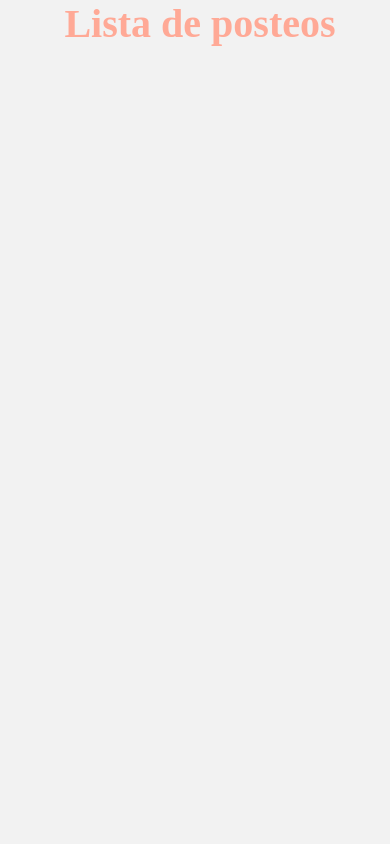
Repository: larafernandezo/finalprog3
Screen: /Home
An editor plug-in stored every save of this project. The screen is shown before and after the next save, followed by the edit.
The page's requests for data from a server got no answer. The app was drawn by React Native's web renderer in a window 390 px wide. The project was rebuilt for these pictures with package versions that can differ from the ones it lists, and the page was loaded fresh each time. No one was signed in, and anything a server would have sent is missing. Also part of the build but not shown: src/components/Camera.js, src/screens/Registro.js, src/components/Post.js, src/screens/MiPerfil.js, src/screens/NuevoPost.js, src/components/Menu.js, src/screens/Perfil.js.

Above is the screen before, as saved 2022-11-22 11:39:56.

### App.js
import { StyleSheet, View } from 'react-native';
import { NavigationContainer } from '@react-navigation/native';
import { createNativeStackNavigator } from '@react-navigation/native-stack';
import Registro from './src/screens/Registro';
import Login from './src/screens/Login';
import Home from './src/screens/Home';
import Menu from './src/components/Menu';
import Perfil from './src/screens/Perfil';


const Stack = createNativeStackNavigator();


function App() {
  return (
    <NavigationContainer>
      <Stack.Navigator>
        <Stack.Screen name='Login' component={Login} options= {{ headerShown : false}}/>
        <Stack.Screen name='Registro' component={Registro} options= {{ headerShown : false}}/>
        <Stack.Screen name='Home' component={Home} options= {{ headerShown : false}}/>
        <Stack.Screen name='Menu' component={Menu} options= {{ headerShown : false}}/>
      </Stack.Navigator>
    </NavigationContainer>
  );
};

export default App;

### src/screens/Login.js
import React, {Component} from 'react';
import {auth} from '../firebase/config';
import {View, Text, StyleSheet, TextInput, TouchableOpacity, Image} from 'react-native';

class Login extends Component {
    constructor(){
        super()
        this.state = {
            email: "",
            contraseña: "",
            error: ""
        }
    }

    componentDidMount(){
        auth.onAuthStateChanged(usuario => {
            if (usuario){
                this.props.navigation.navigate ("Menu")
            }
        })
    }

    iniciarUsuario(email, contraseña){
        auth.signInWithEmailAndPassword(email, contraseña)
            .then( res => {
                this.props.navigation.navigate("Menu")
            })
            .catch(error =>
                this.setState({
                error: error.message
            })
            )
    }

    render(){
        return(
            <View style={styles.fondo}>

            <Text style={styles.error}>{this.state.error}</Text>


                <Text style={styles.titulo}>Iniciar Sesión</Text>

                <View style={styles.caja}>
                <Text style={styles.error}>{this.state.error}</Text>
                    <TextInput
                        placeholder= 'Cuenta de Email'
                        keyboardType= 'email-address'
                        onChangeText={ texto => this.setState({email : texto})}
                        value = {this.state.email}
                        style={styles.fillin}
                    />
                    <TextInput
                        placeholder= 'Contraseña'
                        keyboardType= 'default'
                        secureTextEntry = {true}
                        onChangeText={ texto => this.setState({contraseña : texto})}
                        value = {this.state.contraseña}
                        style={styles.fillin}
                    />


{
                this.state.email =="" || this.state.contraseña =="" ?
                    <TouchableOpacity>
                        <Text style={styles.alerta}>Ingresar</Text>
                    </TouchableOpacity>
                :
                    <TouchableOpacity onPress={ () => this.iniciarUsuario (this.state.email, this.state.contraseña)} >
                        <Text style={styles.cont}>Ingresar</Text>
                    </TouchableOpacity>

}

                    <Text onPress={ () => this.props.navigation.navigate ('Registro')} style={styles.switch}>¿No tenés cuenta? Registrate haciendo click aquí</Text>
                </View>
            </View>
        )
    }
}

const styles = StyleSheet.create({
    fondo: {
        alignItems: 'center',
        backgroundColor: 'rgb(234, 242, 248)',
    },
    titulo: {
        color: 'rgb(52, 152, 219)',
        fontFamily: 'avenir',
        fontSize: 26,
        margin: 60,
    },
    caja:{
        backgroundColor: 'rgb(215, 219, 221)',
        borderRadius: 6,
        padding: 20,

    },
    fillin: {
        backgroundColor: 'rgb(253, 254, 254)',
        color: 'rgb(179, 182, 183)',
        fontFamily: 'avenir',
        fontSize: 13,
        margin: 10,
        borderRadius: 6,
        textAlign: 'center',
        padding: 5,
        textAlign: 'left',
    },
    cont: {
        fontFamily: 'avenir',
        fontSize: 14,
        margin: 10,
        backgroundColor: 'rgb(234,252,255)',
        borderRadius: 10,
        textAlign: 'center',
        padding: 5,
    },
    alerta: {
        fontFamily: 'avenir',
        fontSize: 14,
        margin: 10,
        backgroundColor: 'rgb(52, 152, 219)',
        borderRadius: 10,
        textAlign: 'center',
        padding: 5,
        color: 'rgb(234,252,255)',
    },
    switch: {
        fontFamily: 'avenir',
        fontSize: 10,
        margin: 4,
        textAlign: 'center',
        color:'rgb(77, 86, 86)',
    },
    error: {
        fontFamily: 'avenir',
        fontSize: 19,
        margin: 20,
        color: 'rgb(203, 67, 53)'
    },
})



export default Login;

### src/screens/Home.js
import React, { Component } from 'react';
import { View, Text, FlatList,  StyleSheet, TextInput} from 'react-native';
import Post from '../components/Post';
import { db } from '../firebase/config'


class Posts extends Component {

    constructor(props) {
        super(props)
        this.state = {
            posteos: [],
        }
    }

    componentDidMount() {
        db.collection('posts').onSnapshot(
            docs => {
                let posts = [];
                docs.forEach(doc => {
                    posts.push({
                        id: doc.id,
                        data: doc.data()
                    })
                })
                this.setState({
                    posteos: posts,
                })
            })
    }

    render() {
        return (
          //prueba1 descomento para ver si funca
            <View style={styles.view}>
            <Text style={styles.title}> Lista de posteos</Text>
            <FlatList
                    data={this.state.posteos}
                    keyExtractor={ item => item.id.toString()}
                    renderItem={ ({item}) => <Post postData={item} navigation={this.props.navigation} id={item.id}/>}
            />
            </View>
        )
    }
}
const styles = StyleSheet.create({

   title:{
        fontSize: 40,
        fontWeight:'bold',
        textAlign:'center',
        fontFamily: 'raleway heavy',
        color: '#ffa996'

    },
    view:{
        flex:1
    }
})

export default Posts;

### src/firebase/config.js
import app from 'firebase/app';
import firebase from 'firebase';

const firebaseConfig = {
    apiKey: "AIzaSyDPgkPZuV5RhBSI7u_oFMlRH3es895rxlU",
    authDomain: "finalprog3-bb705.firebaseapp.com",
    projectId: "finalprog3-bb705",
    storageBucket: "finalprog3-bb705.appspot.com",
    messagingSenderId: "894733539643",
    appId: "1:894733539643:web:6ef31fb78c2644aa783f1e"
  };

app.initializeApp(firebaseConfig);

export const auth = firebase.auth();
export const storage = app.storage();
export const db = app.firestore();

After the next save:
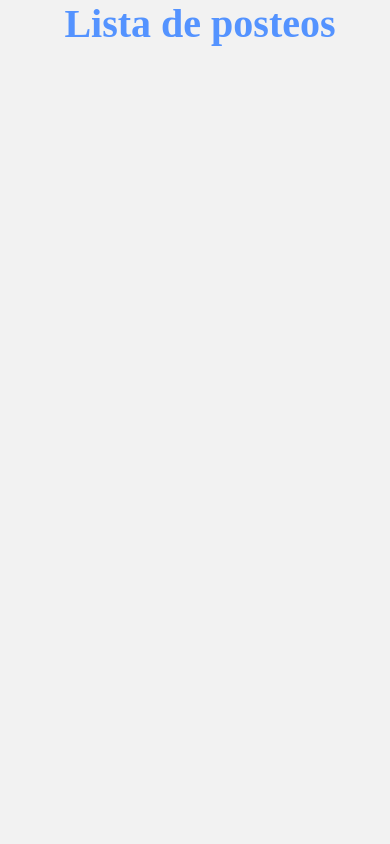
Saved 37 s later.
--- a/src/screens/Home.js
+++ b/src/screens/Home.js
@@ -50,7 +50,7 @@ const styles = StyleSheet.create({
         fontWeight:'bold',
         textAlign:'center',
         fontFamily: 'raleway heavy',
-        color: '#ffa996'
+        color: '#5493ff'
 
     },
     view:{
